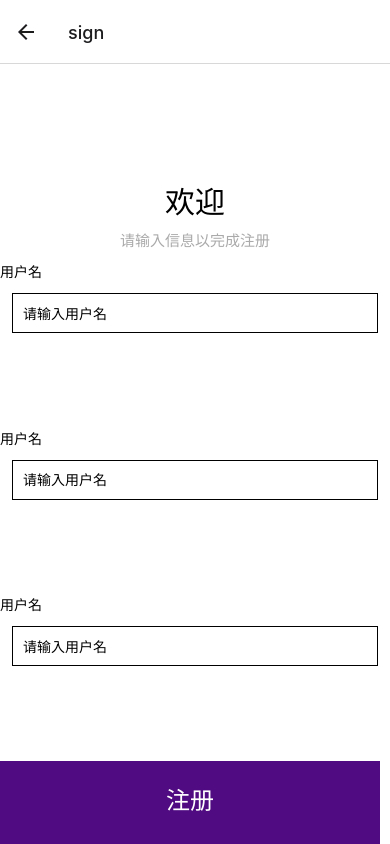
Repository: eyebone/barManager
Page: /sign
An editor plug-in stored every save of this project. The page is shown before and after a run of saves, followed by the edit.
The browser window is 390 px wide. The pictures show the whole page.
The app was drawn by React Native's web renderer in a window 390 px wide. The project was rebuilt for these pictures with package versions that can differ from the ones it lists, and the page was loaded fresh each time. Also part of the build but not shown: components/EmojiPicker.js, components/Button.js, components/ImageViewer.js, components/circleButton.js, components/IconButton.js, view/ViewOne.js.

Above is the page before, as saved 2023-06-26 10:17:58.

After the next 3 saves:
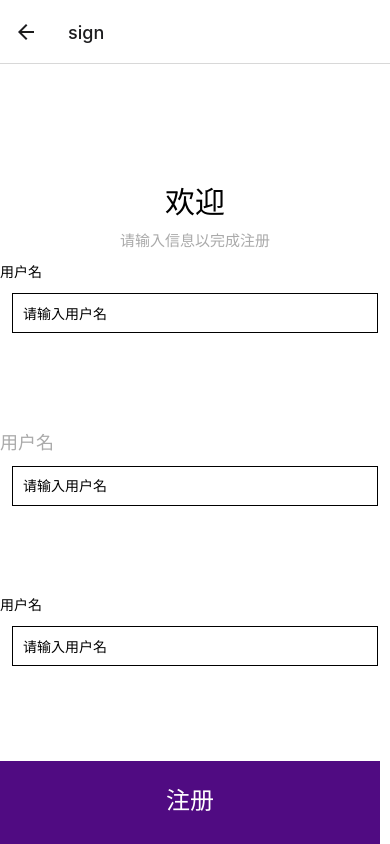
The 3 saves are shown as one change because they came seconds apart.
The last was saved 17 s later.
--- a/view/Sign.js
+++ b/view/Sign.js
@@ -36,7 +36,7 @@ export function SignView() {
         />
       </View>
       <View style={styles.inputBar}>
-        <Text>用户名</Text>
+        <Text style={styles.smallText}>用户名</Text>
         <TextInput
           style={styles.input}
           placeholder="请输入用户名"
@@ -87,7 +87,7 @@ const styles = StyleSheet.create({
   },
   smallText: {
     fontSize: PixelRatio.getFontScale() * 18,
-    color: '#aaa',
+    color: "#aaa",
   },
   footerContainer: {
     flex: 1,
